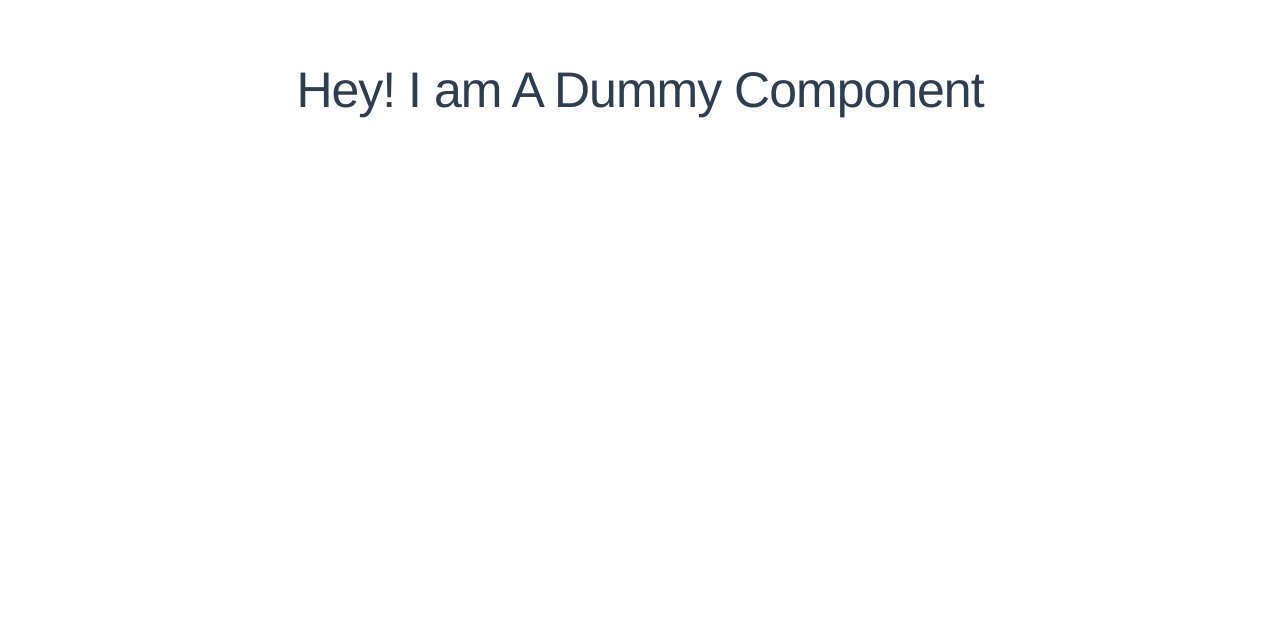
Repository: chsvk/Vue-JS-Course
Page: /
An editor plug-in stored every save of this project. The page is shown before and after the next save, followed by the edit.
The browser window is 1280 px wide. The pictures show the whole page.
The project was rebuilt for these pictures with package versions that can differ from the ones it lists, and the page was loaded fresh each time.

Above is the page before, as saved 2019-03-12 20:30:23.

After the next save:
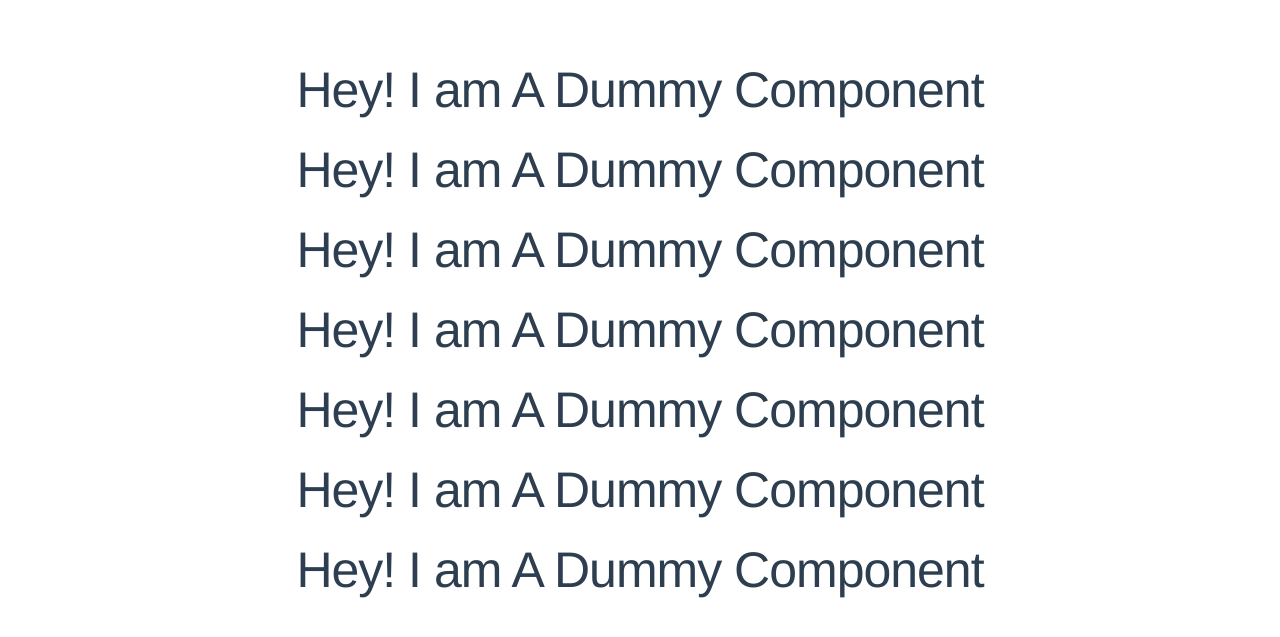
Saved 13 s later.
--- a/src/App.vue
+++ b/src/App.vue
@@ -1,5 +1,11 @@
 <template>
   <div id="app">
+    <Dummy/>
+    <Dummy/>
+    <Dummy/>
+    <Dummy/>
+    <Dummy/>
+    <Dummy/>
     <Dummy/>
   </div>
 </template>
